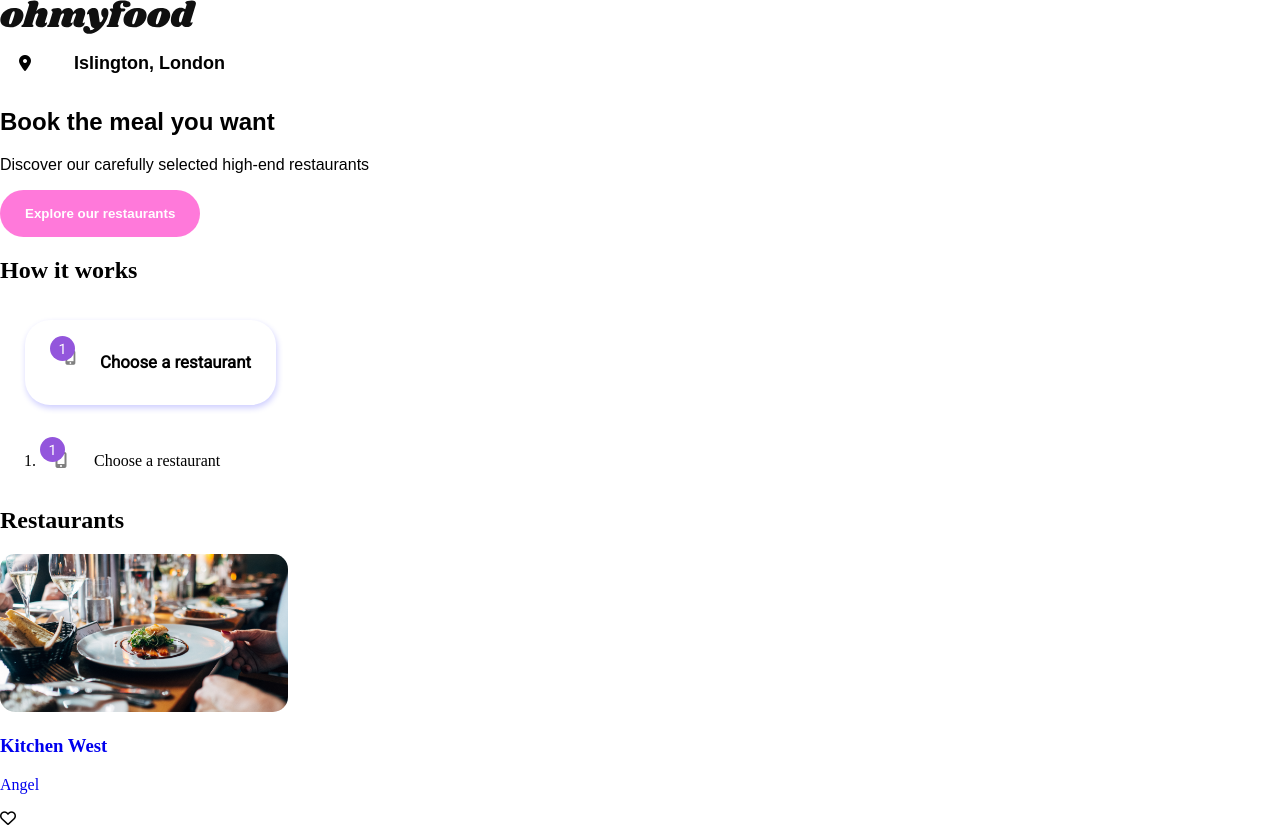
Repository: R1ptou/Project-3
Page: index.html
An editor plug-in stored every save of this project. The page is shown before and after the next save, followed by the edit.
The browser window is 1280 px wide. The pictures show the whole page.
Some web fonts or font styles are not loaded; a fallback is used. The style sheet was rebuilt from its Sass, Less or Tailwind sources for each picture, by a compiler version that may differ from the author's.

Above is the page before, as saved 2024-03-18 14:30:55.

### index.html
<!DOCTYPE html>
<html lang="en">
<head>
    <meta charset="UTF-8">
    <meta name="viewport" content="width=device-width, initial-scale=1.0">
    <title>ohmyfood</title>
    <link rel="preconnect" href="https://fonts.googleapis.com">
    <link rel="preconnect" href="https://fonts.googleapis.com">
    <link rel="preconnect" href="https://fonts.gstatic.com" crossorigin>
    <link href="https://fonts.googleapis.com/css2?family=Roboto&family=Shrikhand&display=swap" rel="stylesheet">
    <link rel="stylesheet" href="https://cdnjs.cloudflare.com/ajax/libs/font-awesome/6.2.1/css/all.min.css"
        integrity="sha512-MV7K8+y+gLIBoVD59lQIYicR65iaqukzvf/nwasF0nqhPay5w/9lJmVM2hMDcnK1OnMGCdVK+iQrJ7lzPJQd1w=="
        crossorigin="anonymous" referrerpolicy="no-referrer">
    <link rel="stylesheet" href="./css/style.css">
</head>
<body>
<!-- Header -->
    <div class="main-container">
        <header>
            <div class="logo"> <!-- Logo -->
               <img  src="./Images and text Ohmyfood/images/logo/ohmyfood@2x.svg" alt="ohmyfood logo" >
            </div>
            <form class="search-bar"> <!-- Search bar -->
                <div class="icon-search"><i class="text-black fa-solid fa-location-dot"></i></div>
                <input class="input-search" value="Islington, London" type="text">
            </form>
            <div class="headline"> <!-- Headline -->
                <h2>Book the meal you want</h2>
                <p>Discover our carefully selected high-end restaurants</p>
            </div>
            <button type="submit" class="button-search">Explore our restaurants</button> <!-- Submit button -->
        </header>
    </div>

<!-- How it works -->
    <main>
        <section >
            <h2>How it works</h2>
            <div class="card-group">
            <a href="#" class="card">
            <i class="icon-no"> 1 </i>
            <i class="icon-pic fa-solid fa-mobile-screen-button"></i>
            <h3 class="card-text">Choose a restaurant</h3>
            </a>
            </div>
        </section>

        <section>
            <ol class="list-group">
                <li class="list-item">
                    <span class="icon-no">1</span>
                    <span class="icon-pic fa-solid fa-mobile-screen-button"></span>
                    <span class="card-text">Choose a restaurant</span>
                </li>
            </ol>
        </section>

<!-- Restaurants -->
        <section>
            <h2>Restaurants</h2>

            <a href="#" class="restaurant-card">
                <img class="card-img" src="./Images and text Ohmyfood/images/restaurants/jay-wennington-N_Y88TWmGwA-unsplash.jpg" alt="">
                      <div class="card-content">
                        <h3 class="card-title">Kitchen West</h3>
                        <p class="card-subtitle">Angel</p>
                      </div>
              </a>
              <i class="fa-regular fa-heart"></i>
        </section>

<!-- Header -->
<!-- Header -->
    </main>
</body>
</html>

### scss/style.scss
/****** General ***********/
@import "list-group";
@import "card";
@import "card";
:root {
    --primary-color: #9356DC;
    --secondary-color: #FF79DA;
    --tertiary-color: #99E2D0;
}

body {
margin: 0;
padding: 0;
color: #000;
}

a {
    text-decoration: none;
}
/****** Header ***********/

/****** Logo ***********/

/****** Search bar ***********/

.search-bar {
    display: flex;
}

.icon-search {
    display: flex;
    justify-content: center;
    align-items: center;
    width: 50px;
    height: 50px;
    flex-shrink: 0;

}

.input-search {
    display: flex;
    border-width: 0;
    border-style: none;
    padding: 0 24px;
    font-weight: bold;
    font-size: 18px;
}
.input-search:focus {
    outline: none;
}

/****** Headline ***********/

.headline {
    font-family: "Shrikhand", sans-serif;
}


/****** Submit button ***********/

.button-search{
    padding: 16px 25px;
    color: #fff;
    font-weight: bold;
    background-color: var(--secondary-color);
    border-radius: 25px;
    border: none;
    justify-content: center;
}

.button-search:hover {


    background-color: var(--secondary-color);
    border-radius: 0 15px 15px 0px;
    border: none;
}

/****** How it works ***********/

.icon-pic {
    display: inline-flex;
    background: none;
    color: grey;
    width: 20px;
    height: 20px;
    padding: 15px;
    flex-shrink: 0;
}

.icon-pic:hover {
    color: var(--primary-color);
}

.icon-no {
    position: absolute;

    background: var(--primary-color);
    border-radius: 50%;
    border: none;
    font: 0.9rem "Roboto", sans-serif;
    color: #fff;
    text-align: center;
    width: 15px;
    height: 15px;
    padding: 5px;
    flex-shrink: 0;
}


.card-img {
    object-fit: cover;
    width: 18rem;
    height: 158px;
    border-radius: 15px;
}

/****** Starters ***********/


/****** Mains ***********/


/****** Deserts ***********/


/****** Button ***********/

.btn {
    background-color: var(--primary-color);
}

/****** Label ***********/


/****** Icon ***********/


/****** Footer ***********/

### scss/_list-group.scss
.list-group {

}


.list-item {

}

### scss/_card.scss
.card-group {
    display: flex;
    flex-wrap: wrap;
    padding: 16px 25px;
}

.card {
    display: flex;
    flex-direction: row;
    padding: 16px 25px;
    background: #fff;
    border-radius: 25px;
    box-shadow: 1px 3px 6px 0px rgba(0, 0, 255, .2);
    font: 0.9rem "Roboto", sans-serif;
    color: #000;
}

### scss/_button.scss
.button-search{
    padding: 16px 25px;
    color: #fff;
    font-weight: bold;
    background-color: var(--secondary-color);
    border-radius: 25px;
    border: none;
    justify-content: center;
}

.button-search:hover {


    background-color: var(--secondary-color);
    border-radius: 0 15px 15px 0px;
    border: none;
}

After the next save:
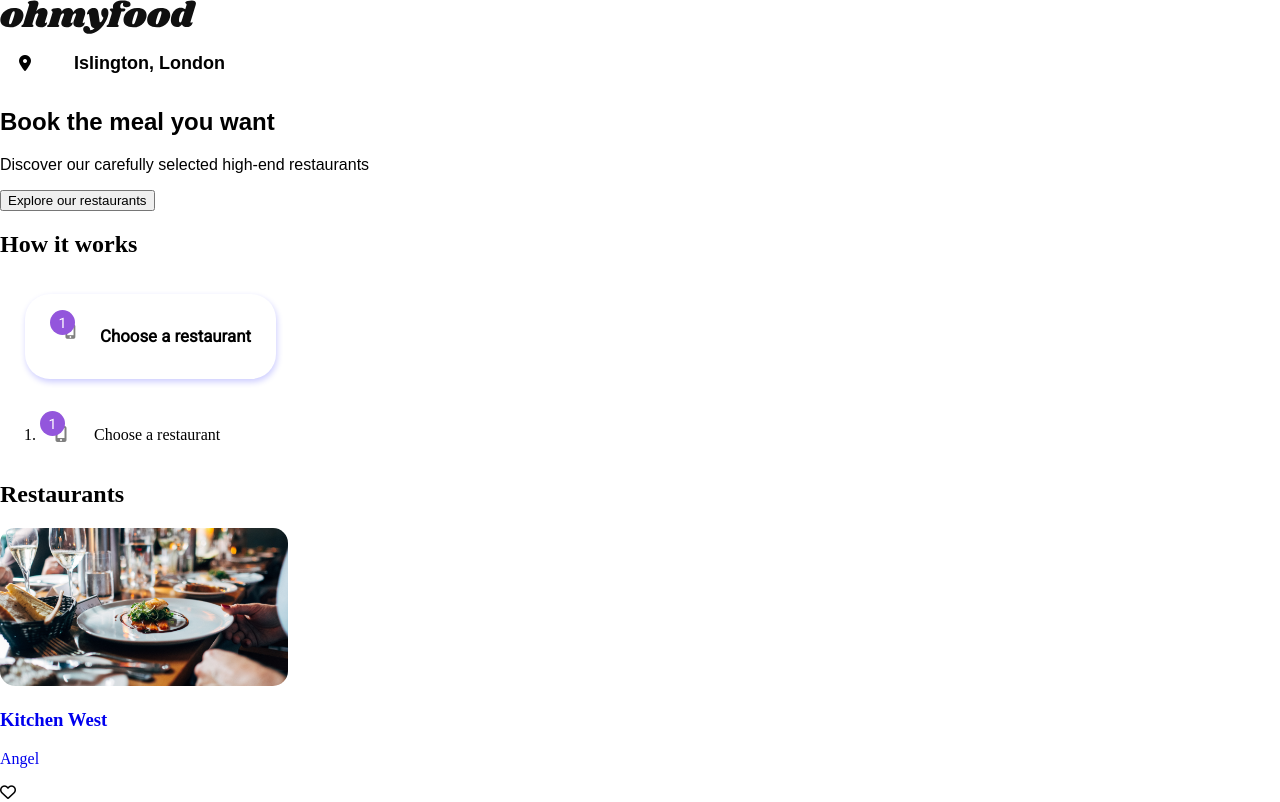
Saved 2 s later.
--- a/scss/style.scss
+++ b/scss/style.scss
@@ -58,23 +58,7 @@
 
 /****** Submit button ***********/
 
-.button-search{
-    padding: 16px 25px;
-    color: #fff;
-    font-weight: bold;
-    background-color: var(--secondary-color);
-    border-radius: 25px;
-    border: none;
-    justify-content: center;
-}
 
-.button-search:hover {
-
-
-    background-color: var(--secondary-color);
-    border-radius: 0 15px 15px 0px;
-    border: none;
-}
 
 /****** How it works ***********/
 

After the 3 saves that followed:
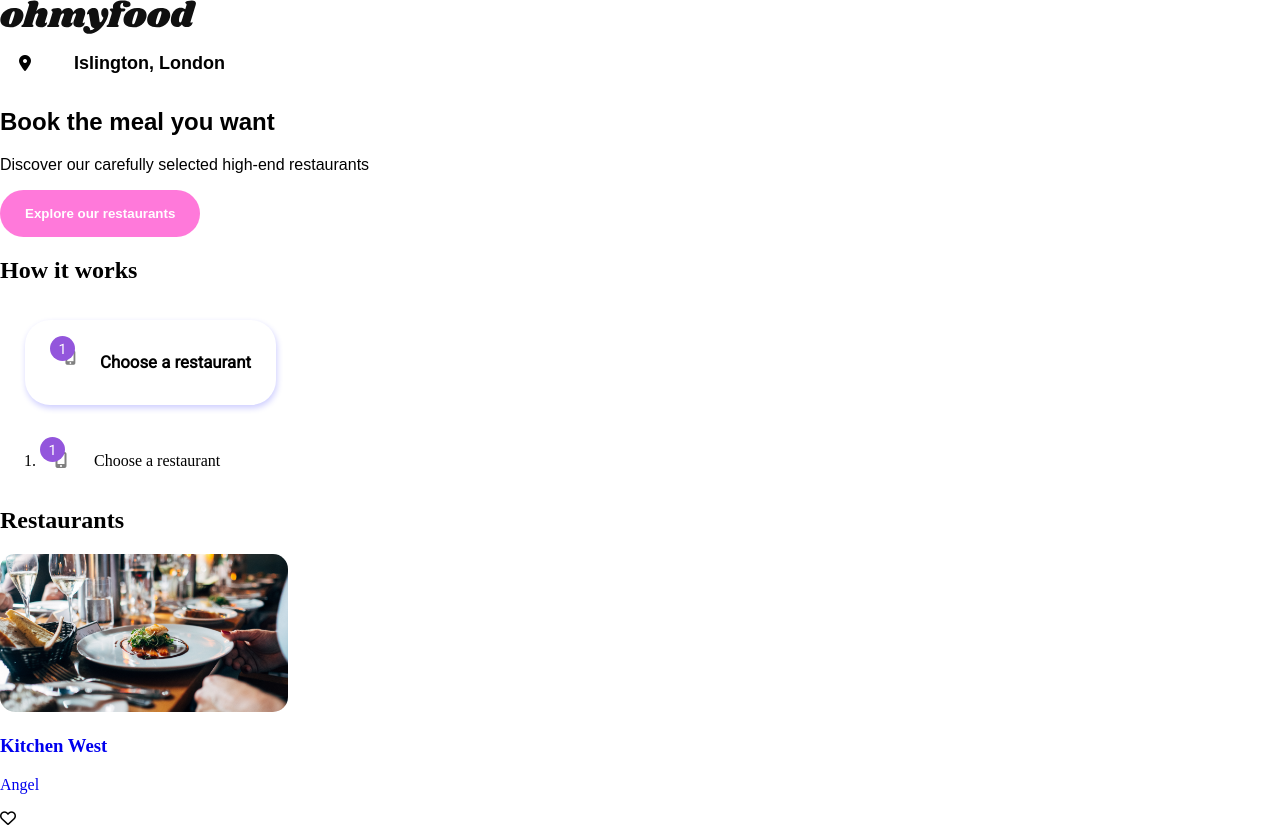
The 3 saves are shown as one change because 2 left the picture as it was.
The last was saved 116 s later.
--- a/scss/style.scss
+++ b/scss/style.scss
@@ -1,7 +1,7 @@
 /****** General ***********/
 @import "list-group";
 @import "card";
-@import "card";
+@import "button";
 :root {
     --primary-color: #9356DC;
     --secondary-color: #FF79DA;
@@ -92,12 +92,7 @@
 }
 
 
-.card-img {
-    object-fit: cover;
-    width: 18rem;
-    height: 158px;
-    border-radius: 15px;
-}
+
 
 /****** Starters ***********/
 
--- a/scss/_card.scss
+++ b/scss/_card.scss
@@ -14,3 +14,10 @@
     font: 0.9rem "Roboto", sans-serif;
     color: #000;
 }
+
+.card-img {
+    object-fit: cover;
+    width: 18rem;
+    height: 158px;
+    border-radius: 15px;
+}
